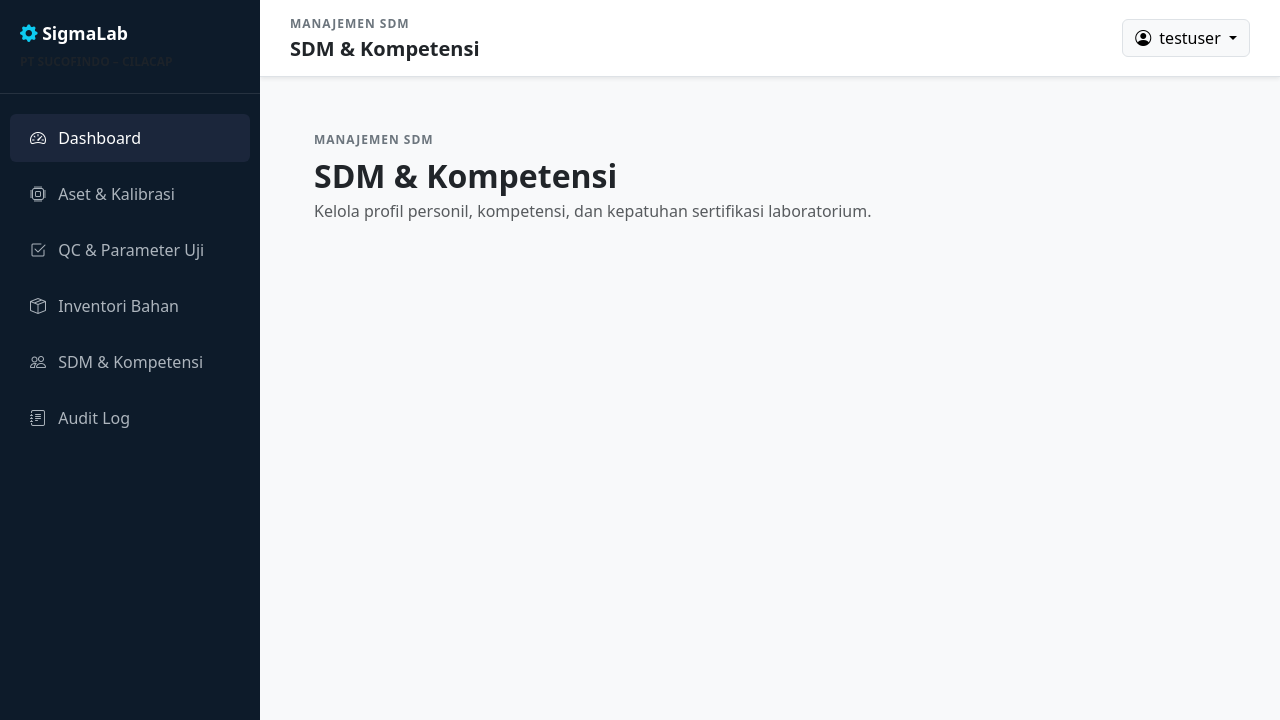
Repository: amelianeesa/sigmalab
Page: http://localhost/dashboard
An editor plug-in stored every save of this project. The page is shown before and after a run of saves, followed by the edit.
The browser window is 1280 px wide. The pictures show the whole page.
The page is served by the project's Laravel application, run on PHP 8.4 with Laravel 12. A made-up administrator, Test User (test@example.com), is signed in. Other server files are loaded and not shown.

Above is the page before, as saved 2026-08-05 16:08:47.

### routes/web.php
<?php

use Illuminate\Support\Facades\Route;
use App\Http\Controllers\AuthController;
use App\Http\Controllers\SdmController;

Route::get('/', [AuthController::class, 'showLogin']);
Route::get('/login', [AuthController::class, 'showLogin'])->name('login');
Route::post('/login', [AuthController::class, 'processLogin'])->name('login.process');

Route::get('/register', [AuthController::class, 'showRegister'])->name('register');
Route::post('/register', [AuthController::class, 'processRegister'])->name('register.process');

Route::post('/logout', [AuthController::class, 'logout'])->name('logout');

Route::middleware(['auth'])->group(function () {

    Route::get('/dashboard', function () {
        return view('dashboard-index');
    })->name('dashboard');

    Route::get('/sdm', [SdmController::class, 'index'])->name('sdm.index');
    Route::get('/sdm/create', [SdmController::class, 'create'])->name('sdm.create');
    Route::post('/sdm', [SdmController::class, 'store'])->name('sdm.store');
    Route::get('/sdm/{id}/edit', [SdmController::class, 'edit'])->name('sdm.edit');
    Route::put('/sdm/{id}', [SdmController::class, 'update'])->name('sdm.update');
    Route::delete('/sdm/{id}', [SdmController::class, 'destroy'])->name('sdm.destroy');

    Route::get('/sdm/{id}/kompetensi', [SdmController::class, 'kompetensiDetail'])->name('sdm.kompetensi.detail');
    Route::get('/sdm/{id}/cv', [SdmController::class, 'showCv'])->name('sdm.cv');
});

### app/Models/User.php
<?php

namespace App\Models;

use Illuminate\Database\Eloquent\Factories\HasFactory;
use Illuminate\Foundation\Auth\User as Authenticatable;
use Illuminate\Notifications\Notifiable;

class User extends Authenticatable
{
    use HasFactory, Notifiable;

    protected $table = 'users';
    protected $primaryKey = 'users_id';

    protected $fillable = [
        'personil_id',
        'username',
        'email',
        'password',
        'role_id',
        'status_aktif',
    ];

    protected $hidden = [
        'password',
    ];

    public function personil()
    {
        return $this->belongsTo(Personil::class, 'personil_id', 'personil_id');
    }

    public function role()
    {
        return $this->belongsTo(Role::class, 'role_id', 'roles_id');
    }
}

### resources/views/dashboard-index.blade.php
@extends('layouts.app')

@section('content')
<div class="container-fluid px-4 py-4">
    <div class="d-flex justify-content-between align-items-center mb-4">
        <div>
            <span class="text-uppercase text-secondary fs-7 fw-bold d-block mb-2" style="font-size: 12px; letter-spacing: 1px;">MANAJEMEN SDM</span>
            <h2 class="fw-bold text-dark mb-1">SDM & Kompetensi</h2>
            <p class="text-muted mb-0">Kelola profil personil, kompetensi, dan kepatuhan sertifikasi laboratorium.</p>
        </div>
    </div>
</div>
@endsection

### resources/views/layouts/app.blade.php
<!DOCTYPE html>
<html lang="id">

<head>
    <meta charset="UTF-8">
    <title>Dashboard - SIGMALAB Sucofindo</title>
    <link href="https://cdn.jsdelivr.net/npm/bootstrap@5.3.0/dist/css/bootstrap.min.css" rel="stylesheet">
    <link href="https://cdn.jsdelivr.net/npm/bootstrap-icons@1.10.5/font/bootstrap-icons.css" rel="stylesheet">
    <style>
        body {
            background-color: #f8f9fa;
        }

        /* Sidebar Styling */
        #sidebar {
            min-height: 100vh;
            background-color: #0d1b2a;
            color: #fff;
            width: 260px;
            position: fixed;
            top: 0;
            left: 0;
            z-index: 100;
        }

        #sidebar .brand {
            padding: 20px;
            font-weight: bold;
            font-size: 1.1rem;
            border-bottom: 1px solid rgba(255, 255, 255, 0.1);
        }

        #sidebar .nav-link {
            color: #adb5bd;
            padding: 12px 20px;
            margin: 4px 10px;
            border-radius: 6px;
        }

        #sidebar .nav-link:hover,
        #sidebar .nav-link.active {
            color: #fff;
            background-color: #1b263b;
        }

        /* Main Content Styling */
        #content {
            margin-left: 260px;
            padding: 30px;
        }

        .top-navbar {
            background: #fff;
            padding: 15px 30px;
            border-bottom: 1px solid #dee2e6;
            margin-left: 260px;
            display: flex;
            justify-content: space-between;
            align-items: center;
        }
    </style>
</head>

<body>

    <!-- Sidebar -->
    <div id="sidebar" class="d-flex flex-column">
        <div class="brand">
            <i class="bi bi-gear-fill text-info"></i> SigmaLab<br>
            <small class="text-muted" style="font-size: 0.75rem;">PT SUCOFINDO – CILACAP</small>
        </div>
        <ul class="nav flex-column mt-3">
            <li class="nav-item">
                <a href="{{ route('dashboard') }}" class="nav-link active"><i class="bi bi-speedometer2 me-2"></i>
                    Dashboard</a>
            </li>
            <li class="nav-item">
                <a href="#" class="nav-link"><i class="bi bi-cpu me-2"></i> Aset & Kalibrasi</a>
            </li>
            <li class="nav-item">
                <a href="#" class="nav-link"><i class="bi bi-check2-square me-2"></i> QC & Parameter Uji</a>
            </li>
            <li class="nav-item">
                <a href="#" class="nav-link"><i class="bi bi-box-seam me-2"></i> Inventori Bahan</a>
            </li>
            <li class="nav-item">
                <a href="{{ route('sdm.index') }}" class="nav-link {{ request()->routeIs('sdm*') ? 'active' : '' }}">
                    <i class="bi bi-people me-2"></i> SDM & Kompetensi
                </a>
            </li>
            <li class="nav-item">
                <a href="#" class="nav-link"><i class="bi bi-journal-text me-2"></i> Audit Log</a>
            </li>
        </ul>
    </div>

    <!-- Top Navbar -->
    <div class="top-navbar shadow-sm">
        <div>
            <span class="text-uppercase text-secondary fs-7 fw-bold d-block mb-1" style="font-size: 12px; letter-spacing: 1px;">MANAJEMEN SDM</span>
            <h5 class="mb-0 fw-bold">SDM & Kompetensi</h5>
        </div>
        <div class="dropdown">
            <button class="btn btn-light dropdown-toggle border" type="button" data-bs-toggle="dropdown">
                <i class="bi bi-person-circle me-1"></i> {{ Auth::user()->username ?? 'Admin' }}
            </button>
            <ul class="dropdown-menu dropdown-menu-end">
                <li>
                    <form action="{{ route('logout') }}" method="POST">
                        @csrf
                        <button type="submit" class="dropdown-item text-danger"><i
                                class="bi bi-box-arrow-right me-2"></i> Logout</button>
                    </form>
                </li>
            </ul>
        </div>
    </div>

    <!-- Main Content -->
    <div id="content">
        @yield('content')
    </div>

    <script src="https://cdn.jsdelivr.net/npm/bootstrap@5.3.0/dist/js/bootstrap.bundle.min.js"></script>
</body>

</html>

After the next 2 saves:
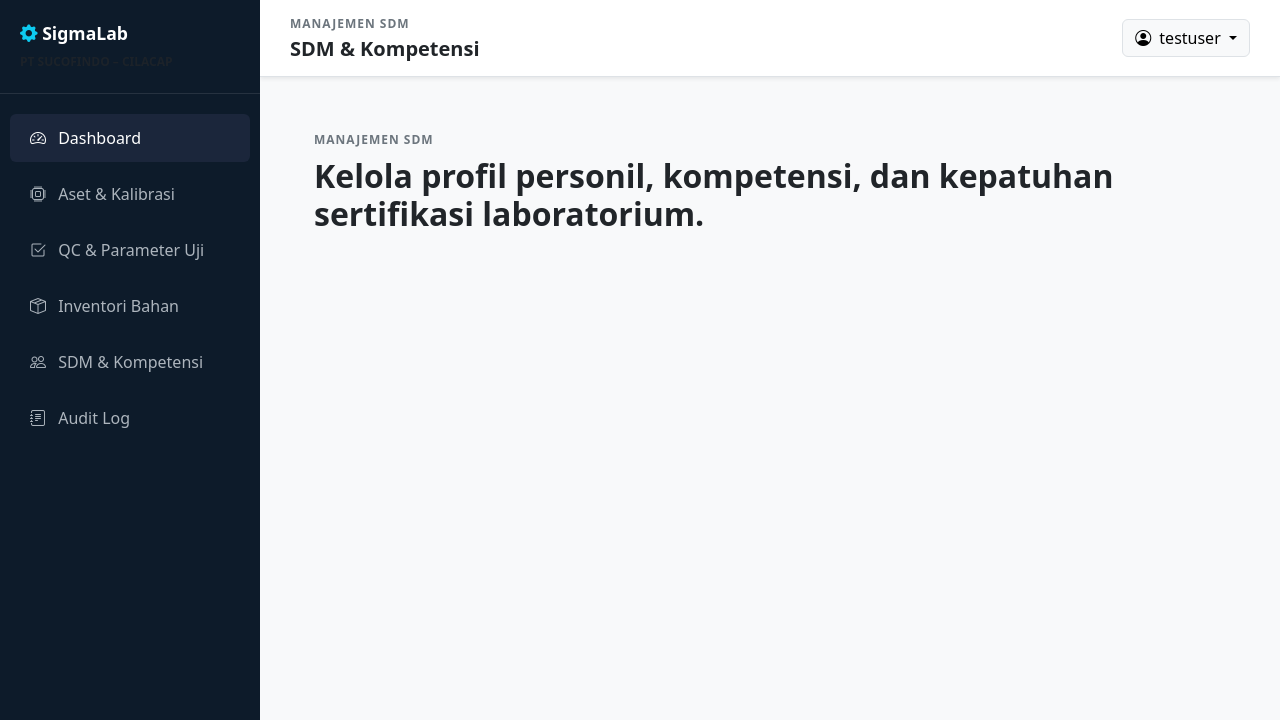
The 2 saves are shown as one change because they came seconds apart.
The last was saved 114 s later.
--- a/resources/views/dashboard-index.blade.php
+++ b/resources/views/dashboard-index.blade.php
@@ -5,8 +5,7 @@
     <div class="d-flex justify-content-between align-items-center mb-4">
         <div>
             <span class="text-uppercase text-secondary fs-7 fw-bold d-block mb-2" style="font-size: 12px; letter-spacing: 1px;">MANAJEMEN SDM</span>
-            <h2 class="fw-bold text-dark mb-1">SDM & Kompetensi</h2>
-            <p class="text-muted mb-0">Kelola profil personil, kompetensi, dan kepatuhan sertifikasi laboratorium.</p>
+            <h2 class="fw-bold text-dark mb-1">Kelola profil personil, kompetensi, dan kepatuhan sertifikasi laboratorium.</h2>
         </div>
     </div>
 </div>
